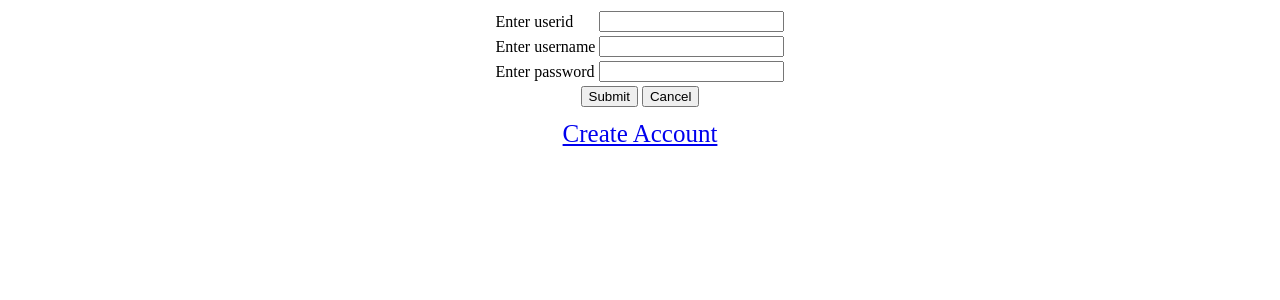
Repository: nikunj-var/Advance_Java
Page: jsp_user/src/main/webapp/registration.html
The author's editor kept a copy of each file at every save. The page is drawn from the files as they stood at one save, then again after the next save.
The browser window is 1280 px wide. The pictures show the whole page.

Above is the page before, as saved 2023-07-16 13:39:42.

### jsp_user/src/main/webapp/registration.html
<!DOCTYPE html>
<html>
<head>
<meta charset="UTF-8">
<title>Insert title here</title>
</head>
<body>
	<form action="authenticate-user" method="post">
		<table style="margin: auto;">
			<tr>
				<td>
					<label>Enter userid</label>
				</td>
				<td>
					<input type="text" name="userid" required>
				</td>
			</tr>
			<tr>
				<td>
					<label>Enter username</label>
				</td>
				<td>
					<input type="text" name="username" required>
				</td>
			</tr>
			<tr>
				<td>
					<label>Enter password</label>
				</td>
				<td>
					<input type="password" name="password" required>
				</td>
			</tr>
			<tr>
				<td colspan="2" align="center">
					<button type="submit">Submit</button>
					<button type="reset">Cancel</button>
				</td>
			</tr>
		</table>
	</form>
	<div style="text-align: center; margin-top: 10px;">
		<a href="registration.html" style="font-size: 25px;">Create Account</a>
	</div>
</body>
</html>

After the next save:
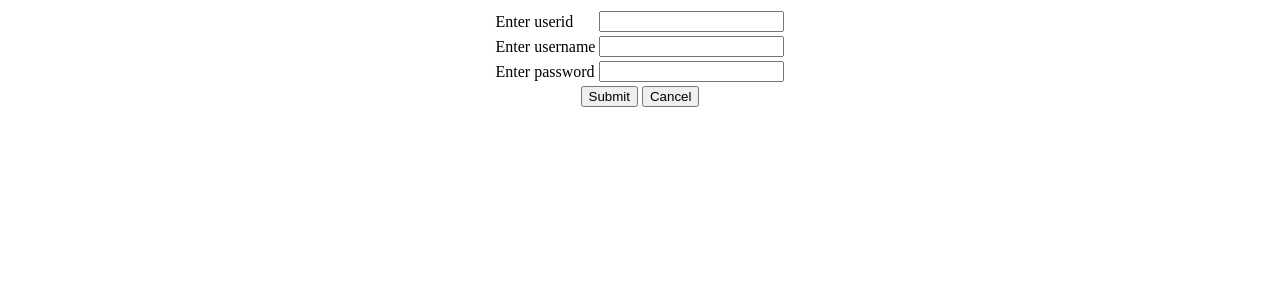
Saved 74 s later.
--- a/jsp_user/src/main/webapp/registration.html
+++ b/jsp_user/src/main/webapp/registration.html
@@ -39,8 +39,6 @@
 			</tr>
 		</table>
 	</form>
-	<div style="text-align: center; margin-top: 10px;">
-		<a href="registration.html" style="font-size: 25px;">Create Account</a>
-	</div>
+
 </body>
 </html>
